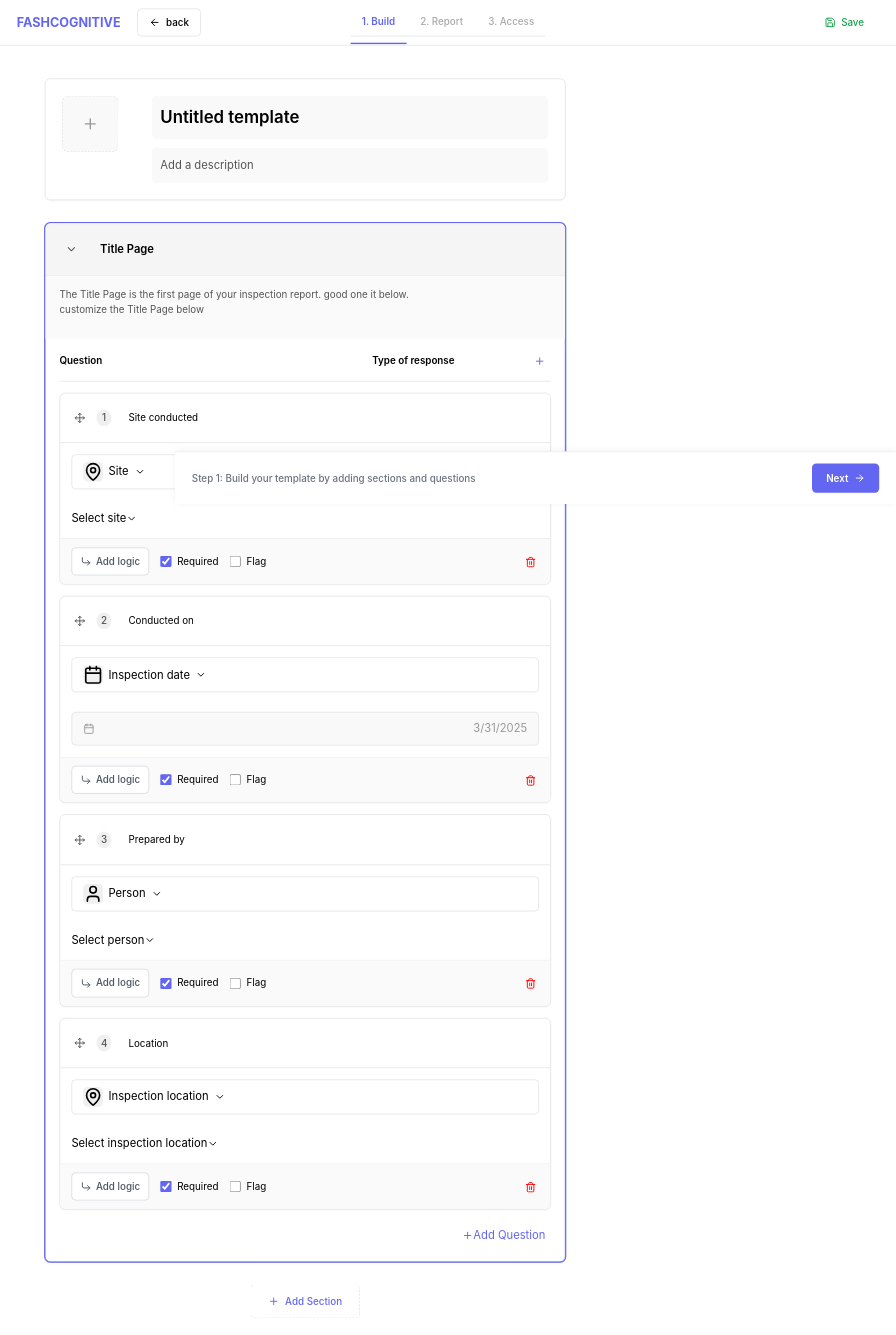
Repository: loganand612/fashcognitive-intern
Page: /ct (app in fash/)
An editor plug-in stored every save of this project. The page is shown before and after the next save, followed by the edit.
The browser window is 1280 px wide. The pictures show the whole page, at 70% of full size.
The project was rebuilt for these pictures with package versions that can differ from the ones it lists, and the page was loaded fresh each time. Also part of the build but not shown: fash/src/pages/Login.css, fash/src/pages/Register.css, fash/src/pages/Template.css, fash/src/pages/Home.tsx, fash/src/pages/Login.tsx, fash/src/pages/Register.tsx, fash/src/pages/Home2.tsx, fash/src/components/AccessManager.tsx and 4 more. Imported but missing from the stored project, and not drawn on this page: fash/src/pages/assets/head1.mp4.

Above is the page before, as saved 2025-04-14 09:49:39.

### fash/src/index.tsx
import React from 'react';
import ReactDOM from 'react-dom/client';

// Import third-party styles first
import 'bootstrap/dist/css/bootstrap.min.css';
import '@fortawesome/fontawesome-free/css/all.min.css';

// Import page-specific styles last
import './pages/Home.css';
import './pages/Home2.css';
import './pages/Login.css';
import './pages/Register.css';
import './pages/Dashboard.css';
import './pages/Template.css';
import './pages/Create_template.css';

import App from './App';
import reportWebVitals from './reportWebVitals';

const root = ReactDOM.createRoot(
  document.getElementById('root') as HTMLElement
);
root.render(
  <React.StrictMode>
    <App />
  </React.StrictMode>
);

// If you want to start measuring performance in your app, pass a function
// to log results (for example: reportWebVitals(console.log))
// or send to an analytics endpoint. Learn more: https://bit.ly/CRA-vitals
reportWebVitals();

### fash/src/pages/Home.css
/* Reset & Base Styles */
* {
  margin: 0;
  padding: 0;
  box-sizing: border-box;
  font-family: -apple-system, BlinkMacSystemFont, 'Segoe UI', Roboto, sans-serif;
}

body {
  font-family: -apple-system, BlinkMacSystemFont, 'Segoe UI', Roboto, sans-serif;
  background-color: #f8f9fe;
  color: #1f2937;
  line-height: 1.5;
}

/* Layout */
.page-wrapper {
  min-height: 100vh;
  display: flex;
  flex-direction: column;
}

.content-wrapper {
  display: flex;
  flex: 1;
  position: relative;
}

/* Navigation */
.navbar {
  background: white;
  height: 64px;
  padding: 0 2rem;
  box-shadow: 0 1px 3px rgba(0,0,0,0.1);
  display: flex;
  align-items: center;
  justify-content: space-between;
  position: fixed;
  top: 0;
  left: 0;
  right: 0;
  z-index: 1000;
}

.logo {
  font-weight: bold;
  font-size: 1.5rem;
  color: #302d2d;
  text-decoration: none;
  transition: all 0.3s ease;
}

.logo:hover {
  color: #2563eb;
}

.nav-links {
  display: flex;
  gap: 1rem;
  align-items: center;
}

/* Buttons */
.btn {
  padding: 0.5rem 1rem;
  border-radius: 0.375rem;
  border: none;
  cursor: pointer;
  font-size: 0.875rem;
  font-weight: 500;
  text-decoration: none;
  transition: all 0.3s ease;
}

.btn-primary {
  background: #3b82f6;
  color: white;
}

.btn-primary:hover {
  background: #c0ceec;
}

.btn-secondary {
  background: #ffffff;
  border: 1px solid #e5e7eb;
  color: #4b5563;
}

.btn-secondary:hover {
  background: #d2d5da;
}

/* Language Selector */
.language-select {
  position: relative;
}

.language-btn {
  display: flex;
  align-items: center;
  gap: 0.5rem;
  padding: 0.5rem 1rem;
  border: 1px solid #e5e7eb;
  border-radius: 1.5rem;
  background: white;
  cursor: pointer;
  transition: all 0.3s ease;
}

.language-btn:hover {
  border-color: #3b82f6;
}

.language-dropdown {
  position: absolute;
  top: calc(100% + 0.5rem);
  right: 0;
  background: white;
  border-radius: 0.5rem;
  box-shadow: 0 4px 6px rgba(0,0,0,0.1);
  padding: 0.5rem 0;
  display: none;
  min-width: 150px;
  z-index: 1000;
}

.language-select:hover .language-dropdown {
  display: block;
}

.language-option {
  padding: 0.5rem 1rem;
  cursor: pointer;
  transition: all 0.3s ease;
}

.language-option:hover {
  background: #f8f9fe;
  color: #3b82f6;
}

/* Notification Badge */
.notification-badge {
  position: relative;
}

.notification-badge::after {
  content: '';
  position: absolute;
  top: -2px;
  right: -2px;
  width: 8px;
  height: 8px;
  background-color: #ef4444;
  border-radius: 50%;
  border: 2px solid white;
}

/* Sidebar */
.sidebar {
  width: 250px;
  background: white;
  height: calc(100vh - 64px);
  position: fixed;
  top: 64px;
  left: 0;
  padding: 1.5rem 1rem;
  border-right: 1px solid #e5e7eb;
  overflow-y: auto;
  z-index: 100;
}

.sidebar-link {
  display: flex;
  align-items: center;
  padding: 0.75rem 1rem;
  color: #4b5563;
  text-decoration: none;
  border-radius: 0.5rem;
  margin-bottom: 0.5rem;
  transition: all 0.3s ease;
}

.sidebar-link:hover {
  background: #f8f9fe;
  color: #3b82f6;
}

.sidebar-link.active {
  background: #3b82f6;
  color: white;
}

/* Main Content */
.main-content {
  margin-left: 250px;
  margin-top: 64px;
  padding: 5rem;
  width: calc(100% - 250px);
  min-height: calc(100vh - 64px);
}

.landing-content {
  display: flex;
  justify-content: space-between;
  align-items: center;
  gap: 4rem;
  max-width: 1200px;
  margin: 0 auto;
}

.content-left {
  flex: 1;
}

.content-left h1 {
  font-size: 2.5rem;
  color: #1f2937;
  margin-bottom: 2rem;
  line-height: 1.2;
}

.feature-list {
  list-style: none;
}

.feature-list li {
  display: flex;
  align-items: center;
  gap: 1rem;
  margin-bottom: 1rem;
  color: #4b5563;
}

.feature-list li::before {
  content: "";
  width: 20px;
  height: 20px;
  background: #3b82f6;
  border-radius: 50%;
  opacity: 0.2;
}

.qr-container {
  background: white;
  padding: 1rem;
  border-radius: 20px;
  box-shadow: 0 10px 15px rgba(0,0,0,0.1);
  transition: all 0.3s ease;
}

.qr-container:hover {
  transform: translateY(-5px);
  box-shadow: 0 4px 6px rgba(0,0,0,0.1);
}

.qr-code {
  width: 100%;
  max-width: 300px;
}

/* Footer */
.footer {
  background: white;
  padding: 5rem 7rem;
  margin-top: auto;
  margin-left: 250px;
}

.footer-content {
  max-width: 1500px;
  margin: 0 auto;
  display: grid;
  grid-template-columns: repeat(4, 1fr);
  gap: 2rem;
}

.footer-section h3 {
  color: #3b82f6;
  margin-bottom: 1rem;
  font-size: 1.1rem;
}

.footer-section ul {
  list-style: none;
}

.footer-section ul li {
  margin-bottom: 0.5rem;
}

.footer-section ul li a {
  color: #4b5563;
  text-decoration: none;
  transition: all 0.3s ease;
}

.footer-section ul li a:hover {
  color: #3b82f6;
}

.footer-bottom {
  max-width: 1200px;
  margin: 2rem auto 0;
  padding-top: 6rem;
  border-top: 1px solid #e5e7eb;
  text-align: center;
}

.store-buttons {
  display: flex;
  justify-content: center;
  gap: 1rem;
  margin-top: 1rem;
}

.store-buttons img {
  height: 40px;
  transition: all 0.3s ease;
}

.store-buttons img:hover {
  transform: translateY(-2px);
}

/* Mobile Menu Button */
.mobile-menu-btn {
  display: none;
  padding: 0.5rem;
  cursor: pointer;
  background: none;
  border: none;
}

/* Responsive Design */
@media (max-width: 1024px) {
  .sidebar {
      width: 200px;
  }

  .main-content {
      margin-left: 200px;
      width: calc(100% - 200px);
  }

  .footer {
      margin-left: 200px;
  }
}

@media (max-width: 768px) {
  .navbar {
      padding: 0 1rem;
  }

  .mobile-menu-btn {
      display: block;
  }

  .nav-links {
      display: none;
  }

  .nav-links.active {
      display: flex;
      flex-direction: column;
      position: absolute;
      top: 64px;
      left: 0;
      right: 0;
      background: white;
      padding: 1rem;
      box-shadow: 0 4px 6px rgba(0,0,0,0.1);
  }

  .sidebar {
      transform: translateX(-100%);
      transition: transform 0.3s ease;
  }

  .sidebar.active {
      transform: translateX(0);
  }

  .main-content,
  .footer {
      margin-left: 0;
      width: 100%;
  }

  .landing-content {
      flex-direction: column;
      text-align: center;
      padding: 1rem;
  }

  .content-left h1 {
      font-size: 2rem;
  }

  .footer-content {
      grid-template-columns: repeat(2, 1fr);
  }
}

@media (max-width: 480px) {
  .footer-content {
      grid-template-columns: 1fr;
  }
}

### fash/src/pages/Dashboard.css
.dashboard-container {
  display: flex;
  flex-direction: column;
  min-height: 100vh;
}

/* Navbar */
.navbar {
  position: fixed;
  top: 0;
  left: 0;
  right: 0;
  height: 64px;
  background: white;
  border-bottom: 1px solid #e5e7eb;
  display: flex;
  align-items: center;
  justify-content: space-between;
  padding: 0 24px;
  z-index: 50;
}

.navbar-brand {
  font-size: 20px;
  font-weight: 600;
}

.navbar-actions {
  display: flex;
  gap: 8px;
}

.nav-button {
  padding: 8px;
  background: none;
  border: none;
  border-radius: 8px;
  color: #6b7280;
  cursor: pointer;
  transition: all 0.2s;
}

.nav-button:hover {
  background-color: #f3f4f6;
  color: #111827;
}

.nav-icon {
  width: 20px;
  height: 20px;
}

/* Sidebar */
.sidebar {
  position: fixed;
  top: 64px;
  left: 0;
  width: 250px;
  height: calc(100vh - 64px);
  background: white;
  border-right: 1px solid #e5e7eb;
  padding: 16px 12px;
  overflow-y: auto;
}

.sidebar-nav {
  display: flex;
  flex-direction: column;
  gap: 2px;
}

.nav-link {
  display: flex;
  align-items: center;
  padding: 8px 12px;
  color: #6b7280;
  text-decoration: none;
  border-radius: 6px;
  transition: all 0.2s;
}

.nav-link:hover {
  background-color: #f3f4f6;
  color: #111827;
}

.nav-link .nav-icon {
  margin-right: 12px;
}

/* Main Content */
.main-content {
  margin-left: 250px;
  margin-top: 64px;
  padding: 32px;
  background-color: #f9fafb;
  min-height: calc(100vh - 64px);
}

/* Header Section */
.header-section {
  display: flex;
  justify-content: space-between;
  align-items: center;
  margin-bottom: 24px;
}

.page-title {
  font-size: 24px;
  font-weight: 600;
  color: #111827;
}

.user-tags {
  display: flex;
  align-items: center;
  gap: 8px;
}

.user-tag {
  display: flex;
  align-items: center;
  justify-content: center;
  min-width: 32px;
  height: 32px;
  padding: 0 12px;
  background-color: #f3f4f6;
  border-radius: 16px;
  font-size: 14px;
  font-weight: 500;
  color: #374151;
}

.user-count {
  display: flex;
  align-items: center;
  justify-content: center;
  height: 32px;
  padding: 0 12px;
  background-color: #f3f4f6;
  border-radius: 16px;
  font-size: 14px;
  font-weight: 500;
  color: #374151;
}

.add-user-button {
  height: 32px;
  padding: 0 16px;
  background-color: #111827;
  color: white;
  border: none;
  border-radius: 16px;
  font-size: 14px;
  font-weight: 500;
  cursor: pointer;
  transition: background-color 0.2s;
}

.add-user-button:hover {
  background-color: #1f2937;
}

/* Summary Cards */
.summary-cards {
  display: grid;
  grid-template-columns: repeat(3, 1fr);
  gap: 24px;
  margin-bottom: 32px;
}

.summary-card {
  background: white;
  border: 1px solid #e5e7eb;
  border-radius: 12px;
  padding: 24px;
  display: flex;
  align-items: center;
  justify-content: space-between;
}

.card-content {
  display: flex;
  align-items: center;
  gap: 16px;
}

.card-icon {
  width: 48px;
  height: 48px;
  background: #f3f4f6;
  border-radius: 8px;
  display: flex;
  align-items: center;
  justify-content: center;
}

.card-icon .icon {
  width: 24px;
  height: 24px;
  color: #374151;
}

.card-info {
  display: flex;
  flex-direction: column;
}

.card-count {
  font-size: 24px;
  font-weight: 600;
  color: #111827;
  line-height: 1.2;
}

.card-label {
  font-size: 14px;
  color: #6b7280;
}

.card-sublabel {
  font-size: 12px;
  color: #9ca3af;
  margin-top: 2px;
}

.card-arrow {
  width: 20px;
  height: 20px;
  color: #9ca3af;
}

/* Recent Activity */
.recent-activity {
  background: white;
  border: 1px solid #e5e7eb;
  border-radius: 12px;
  overflow: hidden;
}

.section-title {
  font-size: 18px;
  font-weight: 600;
  color: #111827;
  padding: 20px 24px;
  border-bottom: 1px solid #e5e7eb;
}

.activity-list {
  display: flex;
  flex-direction: column;
}

.activity-item {
  display: flex;
  align-items: center;
  justify-content: space-between;
  padding: 16px 24px;
  border-bottom: 1px solid #e5e7eb;
}

.activity-item:last-child {
  border-bottom: none;
}

.activity-info {
  display: flex;
  flex-direction: column;
  gap: 4px;
}

.activity-title {
  font-size: 14px;
  font-weight: 500;
  color: #111827;
}

.activity-meta {
  display: flex;
  gap: 16px;
}

.meta-type,
.meta-date {
  font-size: 14px;
  color: #6b7280;
}

.status-badge {
  padding: 4px 12px;
  border-radius: 16px;
  font-size: 14px;
  font-weight: 500;
}

.status-badge.completed {
  background-color: #f3f4f6;
  color: #111827;
}

.status-badge.in-progress {
  background-color: #f3f4f6;
  color: #6b7280;
}

/* Responsive */
@media (max-width: 1024px) {
  .summary-cards {
    grid-template-columns: repeat(2, 1fr);
  }
}

@media (max-width: 768px) {
  .summary-cards {
    grid-template-columns: 1fr;
  }

  .sidebar {
    width: 64px;
  }

  .nav-link span {
    display: none;
  }

  .main-content {
    margin-left: 64px;
  }
}

### fash/src/App.tsx
import { BrowserRouter as Router, Route, Routes } from 'react-router-dom';
import Home from './pages/Home';
import Login from './pages/Login';
import Register from './pages/Register';
import Home2 from './pages/Home2';
import Create_template from './pages/Create_template';
import Dashboard from './pages/Dashboard';
import Template from './pages/Template_page';

function App() {
    return (
        <div className="app-container">
            <Router>
                <div className="page-container">
                    <div className="content-container">
                        <Routes>
                            <Route path="/" element={<Home2 />} />
                            <Route path="/login" element={<Login />} />
                            <Route path="/register" element={<Register />} />
                            <Route path="/homee" element={<Home />} />
                            <Route path="/ct" element={<Create_template />} />
                            <Route path="/dashboard" element={<Dashboard />} />
                            <Route path="template" element={<Template />} />
                        </Routes>
                    </div>
                </div>
            </Router>
        </div>
    );
}

export default App;

### fash/src/reportWebVitals.ts
import { onCLS, onFID, onFCP, onLCP, onTTFB } from 'web-vitals';

const reportWebVitals = (onPerfEntry?: (metric: any) => void) => {
  if (onPerfEntry && onPerfEntry instanceof Function) {
    onCLS(onPerfEntry);
    onFID(onPerfEntry);
    onFCP(onPerfEntry);
    onLCP(onPerfEntry);
    onTTFB(onPerfEntry);
  }
};

export default reportWebVitals;

### fash/src/components/TemplateWorkflowFooter.tsx
import React from 'react';
import { ArrowRight, CheckCircle } from 'lucide-react';
import './TemplateWorkflowFooter.css';

interface TemplateWorkflowFooterProps {
  activeTab: number;
  onNext: () => void;
  onPublish: () => void;
  isPublishing?: boolean;
}

const TemplateWorkflowFooter: React.FC<TemplateWorkflowFooterProps> = ({
  activeTab,
  onNext,
  onPublish,
  isPublishing = false
}) => {
  // Determine which button to show based on the active tab
  const showNextButton = activeTab < 3; // Show Next on Build (0) and Report (2) tabs
  const showPublishButton = activeTab === 3; // Show Publish only on Access (3) tab

  return (
    <div className="template-workflow-footer">
      <div className="footer-content">
        <div className="footer-message">
          {activeTab === 0 && "Step 1: Build your template by adding sections and questions"}
          {activeTab === 2 && "Step 2: Configure how reports will be generated from this template"}
          {activeTab === 3 && "Step 3: Manage who can access and edit this template"}
        </div>

        <div className="footer-actions">
          {showNextButton && (
            <button
              className="next-button"
              onClick={onNext}
            >
              Next
              <ArrowRight size={16} />
            </button>
          )}

          {showPublishButton && (
            <button
              className="publish-button"
              onClick={onPublish}
              disabled={isPublishing}
            >
              {isPublishing ? "Publishing..." : "Publish Template"}
              <CheckCircle size={16} />
            </button>
          )}
        </div>
      </div>
    </div>
  );
};

export default TemplateWorkflowFooter;

### fash/src/components/TemplateWorkflowFooter.css
.template-workflow-footer {
  position: fixed;
  bottom: 0;
  left: 250px;
  right: 0;
  background-color: white;
  border-top: 1px solid #e5e7eb;
  z-index: 100;
  box-shadow: 0 -2px 10px rgba(0, 0, 0, 0.05);
}

.footer-content {
  max-width: 1200px;
  margin: 0 auto;
  padding: 16px 24px;
  display: flex;
  justify-content: space-between;
  align-items: center;
}

.footer-message {
  color: #6b7280;
  font-size: 14px;
  font-weight: 500;
}

.footer-actions {
  display: flex;
  align-items: center;
  gap: 12px;
}

.next-button, .publish-button {
  display: flex;
  align-items: center;
  gap: 8px;
  padding: 10px 20px;
  border-radius: 6px;
  font-size: 14px;
  font-weight: 600;
  cursor: pointer;
  transition: all 0.2s;
}

.next-button {
  background-color: #6366f1;
  color: white;
  border: none;
}

.next-button:hover {
  background-color: #4f46e5;
  transform: translateY(-1px);
  box-shadow: 0 2px 4px rgba(0, 0, 0, 0.1);
}

.publish-button {
  background-color: #111827;
  color: white;
  border: none;
}

.publish-button:hover:not(:disabled) {
  background-color: #1f2937;
  transform: translateY(-1px);
  box-shadow: 0 2px 4px rgba(0, 0, 0, 0.1);
}

.publish-button:disabled {
  opacity: 0.5;
  cursor: not-allowed;
}

/* Responsive styles */
@media (max-width: 768px) {
  .template-workflow-footer {
    left: 64px;
  }

  .footer-content {
    padding: 12px 16px;
    flex-direction: column;
    gap: 12px;
  }

  .footer-actions {
    width: 100%;
    justify-content: flex-end;
  }
}

Loaded but not shown: fash/public/index.html (common file); fash/src/pages/Create_template.tsx (2802 lines, source omitted); fash/src/pages/Create_template.css (2735 lines, source omitted); fash/src/pages/Home2.css (1263 lines, source omitted); fash/src/components/AccessManager.css (841 lines, source omitted)

After the next save:
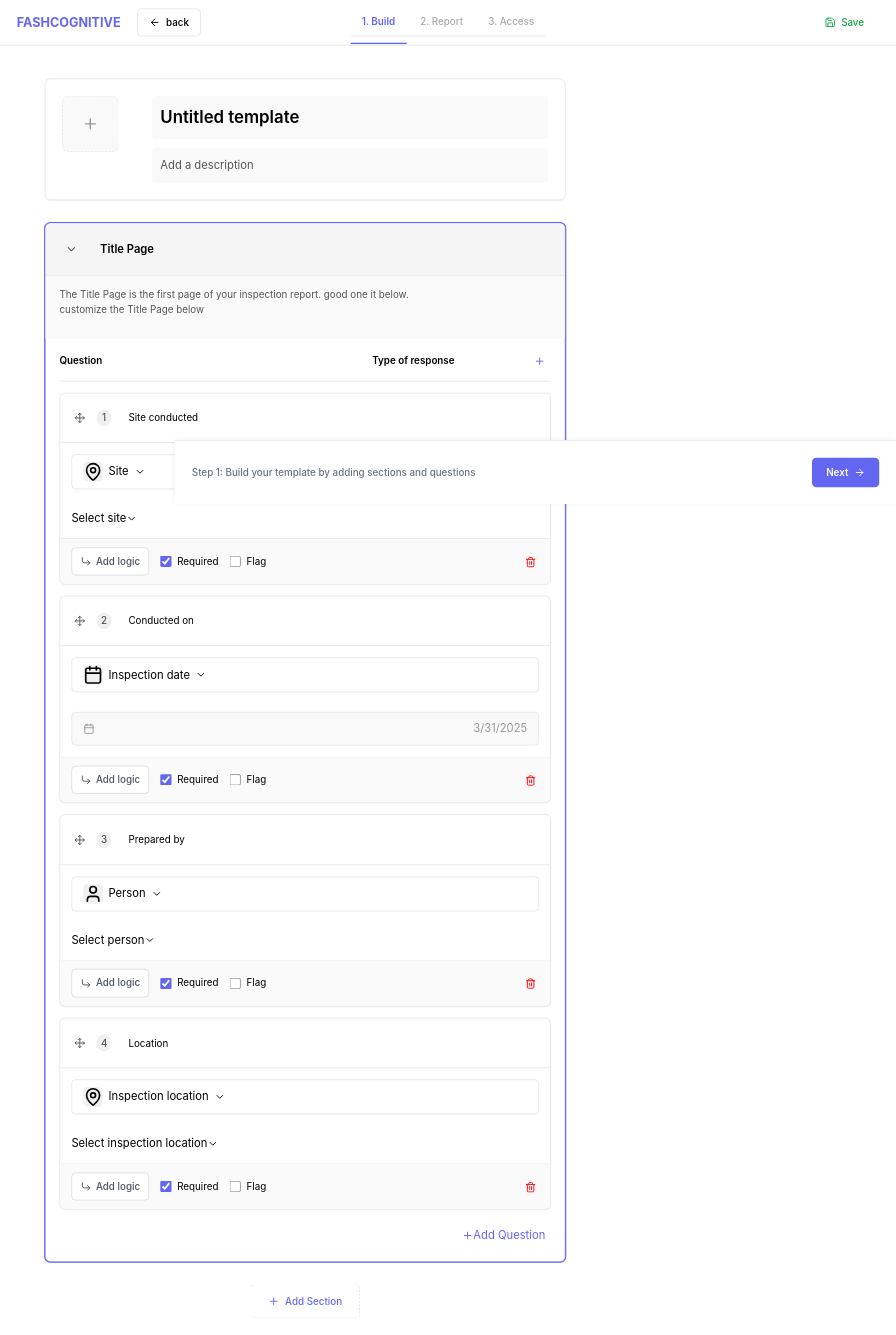
Saved 32 s later.
--- a/fash/src/components/TemplateWorkflowFooter.css
+++ b/fash/src/components/TemplateWorkflowFooter.css
@@ -7,6 +7,7 @@
   border-top: 1px solid #e5e7eb;
   z-index: 100;
   box-shadow: 0 -2px 10px rgba(0, 0, 0, 0.05);
+  padding: 8px 0;
 }
 
 .footer-content {
